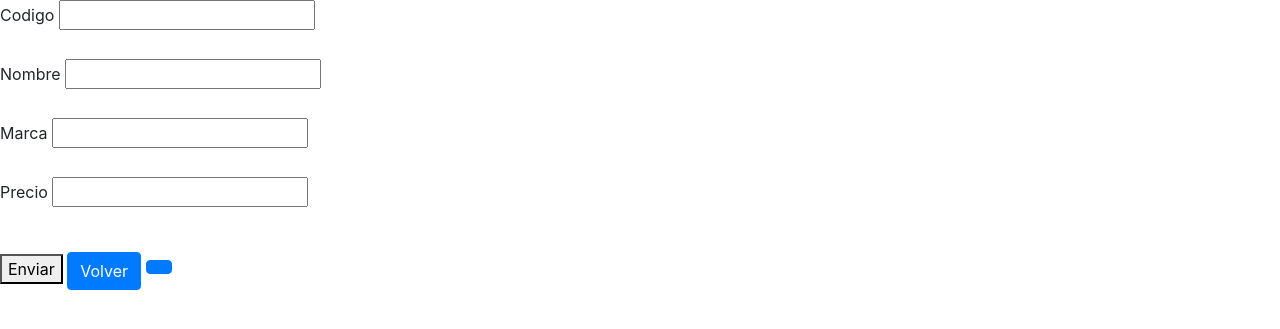
Repository: Alemartinez97/New-Repository
Page: programacion-3/tp4/tareas/formulario/form.html
The author's editor kept a copy of each file at every save. The page is drawn from the files as they stood at one save, then again after the next save.
The browser window is 1280 px wide. The pictures show the whole page.

Above is the page before, as saved 2020-06-11 15:08:32.
Not found: programacion-3/tp4/tareas/formulario/main.js

After the next save:
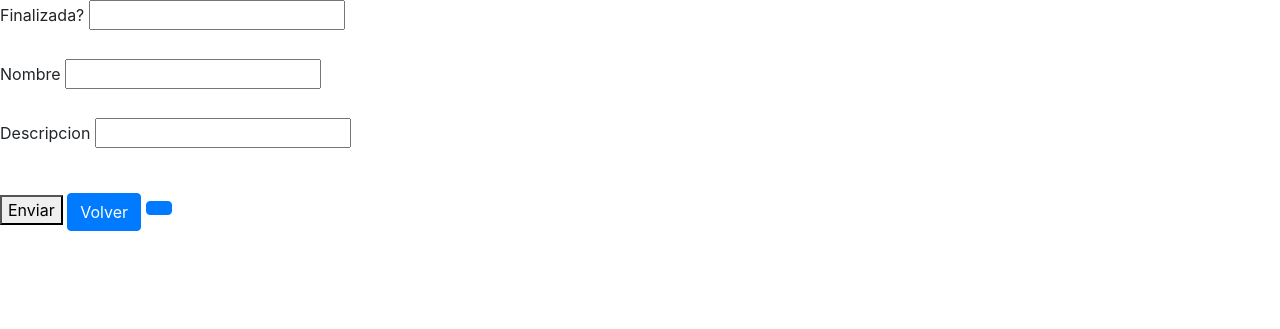
Saved 2 min 10 s later.
--- a/programacion-3/tp4/tareas/formulario/form.html
+++ b/programacion-3/tp4/tareas/formulario/form.html
@@ -13,18 +13,15 @@
 
 <body>
     <form class="form-group">
-		<label for="">Codigo</label>
-        <input type="text" id="codigo"><br>
+        <label for="">Finalizada?</label>
+        <input type="text" id="estado"><br>
     </br>
-        <label for="">Nombre</label>
+		<label for="">Nombre</label>
         <input type="text" id="nombre"><br>
     </br>
-		<label for="">Marca</label>
-        <input type="text" id="marca"><br>
+        <label for="">Descripcion</label>
+        <input type="text" id="descripcion"><br>
     </br>
-		<label for="">Precio</label>
-        <input type="text" id="precio"><br>
-</br>
         </button>
 	</form>
 
